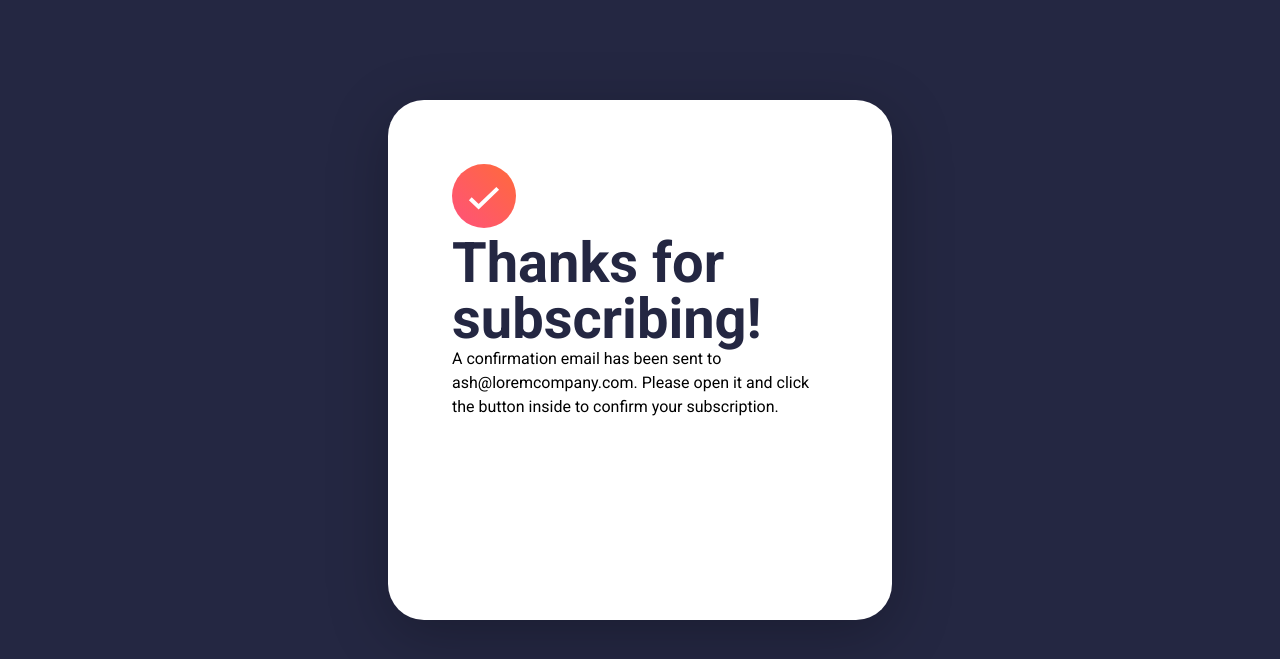
Repository: brandontaylor1/newsletter-signup
Page: success.html
An editor plug-in stored every save of this project. The page is shown before and after the next save, followed by the edit.
The browser window is 1280 px wide. The pictures show the whole page.

Above is the page before, as saved 2025-01-19 22:36:29.

After the next save:
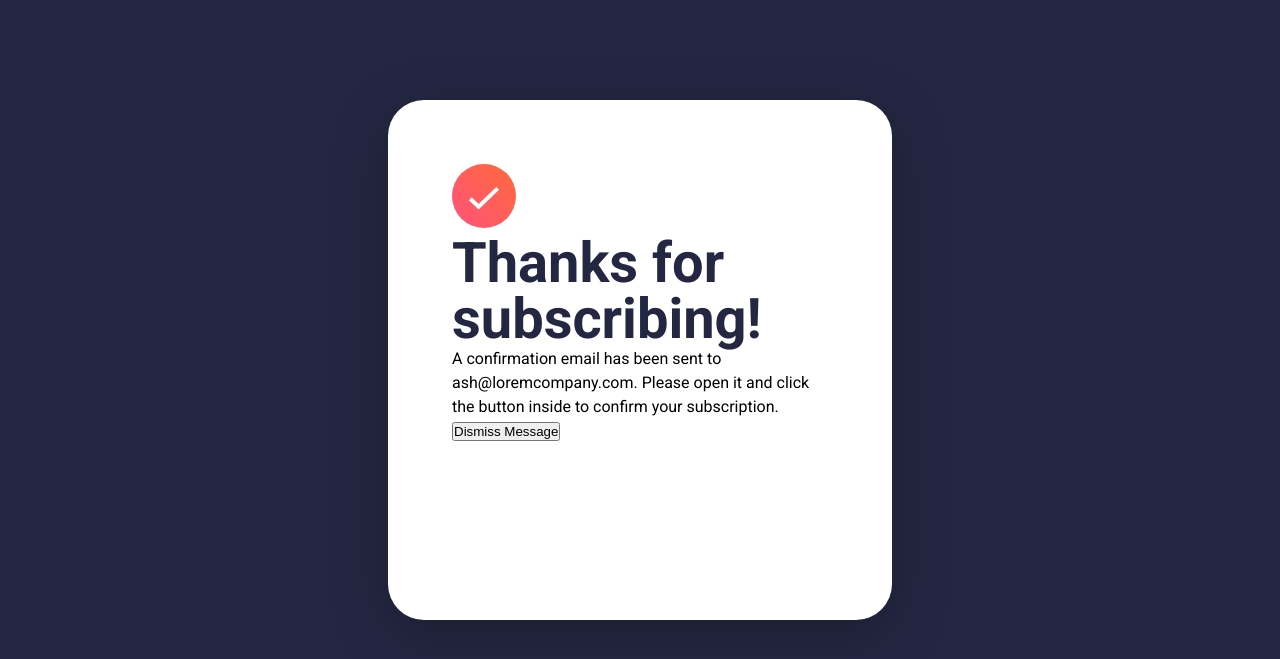
Saved 39 s later.
--- a/success.html
+++ b/success.html
@@ -15,7 +15,7 @@
             <img src="./assets/images/icon-success.svg" alt="success icon">
             <h1>Thanks for subscribing!</h1>
             <p>A confirmation email has been sent to <span>ash@loremcompany.com</span>. Please open it and click the button inside to confirm your subscription.</p>
-
+            <button>Dismiss Message</button>
 
         </div>
     </main>
